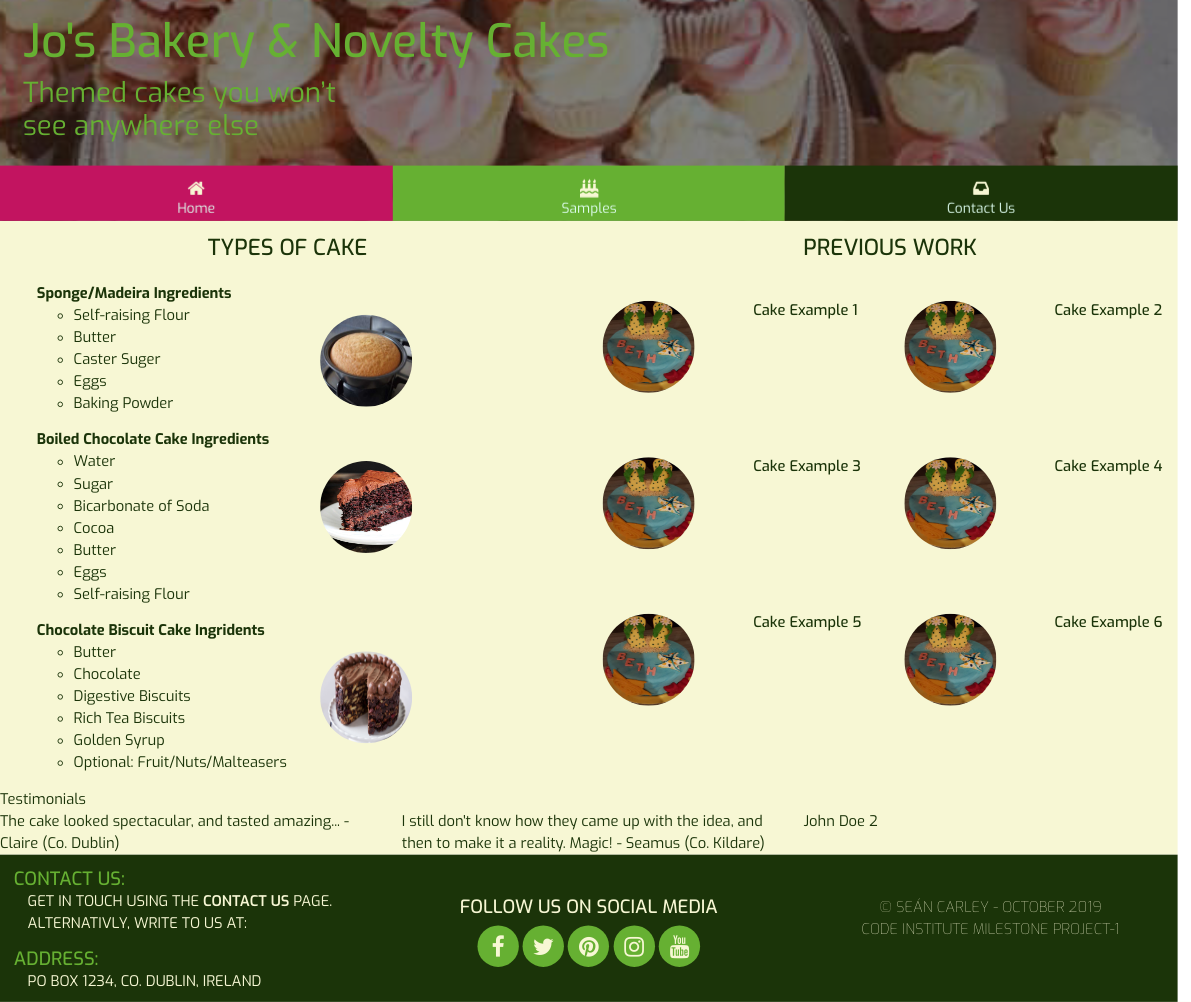
Repository: seanjcarley/Milestone1
Page: showcase.html
The author's editor kept a record of every edit. The page is drawn from the files as they stood at one moment, then again after the next edit.
The browser window is 1280 px wide. The page is 1295 px wide, so the pictures cover 1295 px, including what lies to the right of the window. The pictures show the whole page, at 92% of full size.

Above is the page before.
Console error: TypeError: Cannot read properties of undefined (reading 'fn')

### showcase.html
<!DOCTYPE html>
<html lang="en">

<head>
    <meta charset="UTF-8">
    <meta name="viewport" content="width=device-width, initial-scale=1.0 maximum-scale=1.0">
    <meta http-equiv="X-UA-Compatible" content="ie=edge">
    <link href="https://stackpath.bootstrapcdn.com/bootstrap/4.3.1/css/bootstrap.min.css" rel="stylesheet" integrity="sha384-ggOyR0iXCbMQv3Xipma34MD+dH/1fQ784/j6cY/iJTQUOhcWr7x9JvoRxT2MZw1T" crossorigin="anonymous">
    <script src="https://stackpath.bootstrapcdn.com/bootstrap/4.3.1/js/bootstrap.min.js" integrity="sha384-JjSmVgyd0p3pXB1rRibZUAYoIIy6OrQ6VrjIEaFf/nJGzIxFDsf4x0xIM+B07jRM" crossorigin="anonymous"></script>
    <script src="https://stackpath.bootstrapcdn.com/bootstrap/4.3.1/js/bootstrap.bundle.min.js" integrity="sha384-xrRywqdh3PHs8keKZN+8zzc5TX0GRTLCcmivcbNJWm2rs5C8PRhcEn3czEjhAO9o" crossorigin="anonymous"></script>
    <link href="https://stackpath.bootstrapcdn.com/font-awesome/4.7.0/css/font-awesome.min.css" rel="stylesheet" integrity="sha384-wvfXpqpZZVQGK6TAh5PVlGOfQNHSoD2xbE+QkPxCAFlNEevoEH3Sl0sibVcOQVnN" crossorigin="anonymous">
    <link rel="stylesheet" href="https://cdnjs.cloudflare.com/ajax/libs/hover.css/2.3.1/css/hover-min.css" type="text/css">
    <link rel="stylesheet" href="css/style.css">
    <title>Jo's Bakery and Novelty Cakes</title>
</head>

<body>
    <header class="container-fluid cake-image">
        <div class="opaque-overlay">&nbsp;</div>
        <div class="row no-gutters">
            <div class="col-12 page-header">
                <h1 class="name caps">Jo's Bakery & Novelty Cakes</h1>
                <h2 class="tag-line caps">Themed cakes you won’t<br/>see anywhere else</h2>
            </div>
        </div>
        <div class="row no-gutters">
            <div class="col">
                <ul id="nav" class="list-inline menucontainer">
                    <li class="col col-sm-4 menu-item-color-home list-inline-item menuitem">
                        <a class="hvr-sweep-to-right" href="index.html"><i class="fa fa-home" aria-hidden="true"></i><span>Home</span></a>
                    </li>
                    <li class="col col-sm-4 menu-item-color-samples list-inline-item menuitem">
                        <a class="hvr-sweep-to-right" href="showcase.html"><i class="fa fa-birthday-cake" aria-hidden="true"></i><span>Samples</span></a>
                    </li>
                    <li class="col col-sm-4 menu-item-color-contact list-inline-item menuitem">
                        <a class="hvr-sweep-to-right" href="contact.html"><i class="fa fa-inbox" aria-hidden="true"></i><span>Contact Us</span></a>
                    </li>
                </ul>
            </div>
        </div>
    </header>
    <section class="section-color">
        <div class="row">
            <div class="col-md-6 cake-types">
                <h4 class="types-header">Types of Cake</h4>
                <a href="#sponge" class="list-header mobile" data-toggle="modal">
                    Sponge/Madeira
                    <img src="images/sponge_maderia_cake.jpg" alt="Sponge-Cake" class="rounded-circle mr-3 mobile" height=100 width=100>
                </a>
                <a href="#boiled" class="list-header mobile" data-toggle="modal">
                    Boiled Chocolate Cake
                    <img src="images/boiled_choc_cake.jpg" alt="Boiled-Choc-Cake" class="rounded-circle mr-3 mobile" height=100 width=100>
                </a>
                <a href="#biscuit" class="list-header mobile" data-toggle="modal">
                    Chocolate Biscuit Cake
                    <img src="images/Choc_biscuit_cake.jpg" alt="Choc-Biscuit-Cake" class="rounded-circle mr-3 mobile" height=100 width=100>
                </a>
                <ul class="outer-list">
                    <li>
                        <div class="row list-row">
                            <div class="col-sm-6">
                                <a href="#sponge" class="list-header desktop" data-toggle="modal">Sponge/Madeira Ingredients</a>
                                <!--<button type="button" class="btn btn-primary" data-toggle="modal" data-target="#sponge">Sponge/Madeira Ingredients</button>-->
                                <ul class="desktop">
                                    <li>Self-raising Flour</li>
                                    <li>Butter</li>
                                    <li>Caster Suger</li>
                                    <li>Eggs</li>
                                    <li>Baking Powder</li>
                                </ul>
                            </div>
                            <div class="col-sm-6 type-image">
                                <img src="images/sponge_maderia_cake.jpg" alt="Sponge-Cake" class="rounded-circle mr-3 desktop" height=100 width=100>
                            </div>
                        </div>
                    </li>
                    <li>
                        <div class="row list-row">
                            <div class="col-sm-6">
                                <a href="#boiled" class="list-header desktop" data-toggle="modal">Boiled Chocolate Cake Ingredients</a>
                                <!--<button type="button" class="btn btn-secondary" data-toggle="modal" data-target="#boiled">Boiled Chocolate Cake Ingredients</button>-->
                                <ul class="desktop">
                                    <li>Water</li>
                                    <li>Sugar</li>
                                    <li>Bicarbonate of Soda</li>
                                    <li>Cocoa</li>
                                    <li>Butter</li>
                                    <li>Eggs</li>
                                    <li>Self-raising Flour</li>
                                </ul>
                            </div>
                            <div class="col-sm-6 type-image">
                                <img src="images/boiled_choc_cake.jpg" alt="Boiled-Choc-Cake" class="rounded-circle mr-3 desktop" height=100 width=100>
                            </div>
                        </div>
                    </li>
                    <li>
                        <div class="row list-row">
                            <div class="col-sm-6">
                                <a href="#biscuit" class="list-header desktop" data-toggle="modal">Chocolate Biscuit Cake Ingridents</a>
                                <!--<button type="button" class="btn btn-primary" data-toggle="modal" data-target="#biscuit">Chocolate Biscuit Cake Ingridents</button>-->
                                <ul class="desktop">
                                    <li>Butter</li>
                                    <li>Chocolate</li>
                                    <li>Digestive Biscuits</li>
                                    <li>Rich Tea Biscuits</li>
                                    <li>Golden Syrup</li>
                                    <li>Optional: Fruit/Nuts/Malteasers</li>
                                </ul>
                            </div>
                            <div class="col-sm-6 type-image">
                                <img src="images/Choc_biscuit_cake.jpg" alt="Choc-Biscuit-Cake" class="rounded-circle mr-3 desktop" height=100 width=100>
                            </div>
                        </div>
                    </li>
                </ul>
                </div>
                <div class="col-md-6 cake-images">
                    <div class="row">
                        <div class="col">
                            <!--Images-->
                            <h4 class="types-header">Previous Work</h4>
                        </div>
                    </div>
                    <div class="row cakes-prev">
                        <div class="col-md-3">
                            <img src="images/Kids-Bday-1.jpg" alt="Beach Cake" class="rounded-circle mr-3" height=100 width=100>
                        </div>
                        <div class="col-md-3">
                            <h6>Cake Example 1</h6>
                        </div>
                        <div class="col-md-3">
                            <img src="images/Kids-Bday-1.jpg" alt="Beach Cake" class="rounded-circle mr-3" height=100 width=100>
                        </div>
                        <div class="col-md-3">
                            <h6>Cake Example 2</h6>
                        </div>
                    </div>
                    <div class="row cakes-prev">
                        <div class="col-md-3">
                            <img src="images/Kids-Bday-1.jpg" alt="Beach Cake" class="rounded-circle mr-3" height=100 width=100>
                        </div>
                        <div class="col-md-3">
                            <h6>Cake Example 3</h6>
                        </div>
                        <div class="col-md-3">
                            <img src="images/Kids-Bday-1.jpg" alt="Beach Cake" class="rounded-circle mr-3" height=100 width=100>
                        </div>
                        <div class="col-md-3">
                            <h6>Cake Example 4</h6>
                        </div>
                    </div>
                    <div class="row cakes-prev">
                        <div class="col-md-3">
                            <img src="images/Kids-Bday-1.jpg" alt="Beach Cake" class="rounded-circle mr-3" height=100 width=100>
                        </div>
                        <div class="col-md-3">
                            <h6>Cake Example 5</h6>
                        </div>
                        <div class="col-md-3">
                            <img src="images/Kids-Bday-1.jpg" alt="Beach Cake" class="rounded-circle mr-3" height=100 width=100>
                        </div>
                        <div class="col-md-3">
                            <h6>Cake Example 6</h6>
                        </div>
                    </div>
                </div>
                </div>
                <div class="row">
                    <div class="col">Testimonials</div>
                </div>
                <div class="row">
                    <div class="col-md-4">
                        The cake looked spectacular, and tasted amazing... - Claire (Co. Dublin)
                    </div>
                    <div class="col-md-4">
                        I still don't know how they came up with the idea, and then to make it a reality. Magic! - Seamus (Co. Kildare)
                    </div>
                    <div class="col-md-4">
                        John Doe 2
                    </div>
                </div>
    </section>
    <footer class="footer-color">
        <div class="row">
            <div class="col-md-4">
                <!--<h1>FOOTER1</h1>-->
                <h5 class="footer-h5 uppercase">Contact us: </h5>
                <p class="footer-text uppercase">Get in touch using the <a href="contact.html"><span class="bold">Contact us</span></a> page. Alternativly, write to us at:</p>
                <h5 class="footer-h5 uppercase">Address: </h5>
                <p class="footer-address uppercase">
                    PO Box 1234,
                    <!--<br/>-->
                    Co. Dublin,
                    <!--<br/>-->
                    Ireland
                </p>
            </div>
            <div class="col-md-4 social">
                <!--<h1>FOOTER2</h1>-->
                <h5 class="uppercase">Follow us on Social Media</h5>
                <ul class="list-inline social-icons">
                    <li class="list-inline-item socialitem">
                        <a target="_blank" href="#">
                            <i class="fa fa-facebook" aria-hidden="true"></i>
                            <span class="sr-only">Facebook</span> <!-- This will be read by a screen reader. It does not show on the page -->
                        </a>
                    </li>
                    <li class="list-inline-item socialitem">
                        <a target="_blank" href="#">
                            <i class="fa fa-twitter" aria-hidden="true"></i>
                            <span class="sr-only">Twitter</span> <!-- This will be read by a screen reader. It does not show on the page -->
                        </a>
                    </li>
                    <!--<li class="list-inline-item socialitem">
                        <a target="_blank" href="#">
                            <i class="fa fa-linkedin" aria-hidden="true"></i>
                            <span class="sr-only">LinkedIn</span>
                        </a>
                    </li>-->
                    <li class="list-inline-item socialitem">
                        <a target="_blank" href="#">
                            <i class="fa fa-pinterest" aria-hidden="true"></i>
                            <span class="sr-only">Pinterest</span> <!-- This will be read by a screen reader. It does not show on the page -->
                        </a>
                    </li>
                    <li class="list-inline-item socialitem">
                        <a target="_blank" href="#">
                            <i class="fa fa-instagram" aria-hidden="true"></i>
                            <span class="sr-only">Instagram</span> <!-- This will be read by a screen reader. It does not show on the page -->
                        </a>
                    </li>
                    <li class="list-inline-item socialitem">
                        <a target="_blank" href="#">
                            <i class="fa fa-youtube" aria-hidden="true"></i>
                            <span class="sr-only">YouTube</span> <!-- This will be read by a screen reader. It does not show on the page -->
                        </a>
                    </li>
                </ul>
            </div>
            <div class="col-md-4 copyrite uppercase">
                <!--<h1>FOOTER3</h1>-->
                &copy; Seán Carley - October 2019
                <br/> Code Institute Milestone Project-1
            </div>
        </div>
    </footer>
    <div class="modal" tabindex="-1" role="dialog" id="sponge">
        <div class="modal-dialog" role="document">
            <div class="modal-content">
                <div class="modal-header">
                    <h5 class="modal-title">Sponge/Madeira</h5>
                    <button type="button" class="close" data-dismiss="modal" aria-label="Close">
                        <span aria-hidden="true">&times;</span>
                    </button>
                </div>
                <div class="modal-body">
                    <ul class="mobile-modal">
                        <li>Self-raising Flour</li>
                        <li>Butter</li>
                        <li>Caster Suger</li>
                        <li>Eggs</li>
                        <li>Baking Powder</li>
                    </ul>
                    <ol>
                        <li>Preheat the oven to 180 degrees C / gas mark 4.</li>
                        <li>Measure all the ingredients into a large bowl.</li>
                        <li>Mix all of the ingredients using a electric whisk.</li>
                        <li>Pour the mixture into 2 non-stick 7 inch (18cm) tins.</li>
                        <li>Place them in the oven till golden brown 15-25 minutes.</li>
                        <li>Cool on a wire rack before serving.</li>
                    </ol>
                </div>
            </div>
        </div>
    </div>
    <div class="modal" tabindex="-1" role="dialog" id="boiled">
        <div class="modal-dialog" role="document">
            <div class="modal-content">
                <div class="modal-header">
                    <h5 class="modal-title">Boiled Chocolate Cake</h5>
                    <button type="button" class="close" data-dismiss="modal" aria-label="Close">
                        <span aria-hidden="true">&times;</span>
                    </button>
                </div>
                <div class="modal-body">
                    <ul class="mobile-modal">
                        <li>Water</li>
                        <li>Sugar</li>
                        <li>Bicarbonate of Soda</li>
                        <li>Cocoa</li>
                        <li>Butter</li>
                        <li>Eggs</li>
                        <li>Self-raising Flour</li>
                    </ul>
                    <ol>
                        <li>Place first five ingredients into a large saucepan.</li>
                        <li>Bring to the boil and simmer for 3 minutes.</li>
                        <li>Allow to cool slightly.</li>
                        <li>Add eggs and flour, and stir well.</li>
                        <li>Pour into a greased 20 cm cake pan.</li>
                        <li>Bake at 180C for 50 minutes.</li>
                        <li>Ice when cool if desired.</li>
                    </ol>
                </div>
            </div>
        </div>
    </div>
    <div class="modal bd-example-modal-sm" tabindex="-1" role="dialog" id="biscuit">
        <div class="modal-dialog" role="document">
            <div class="modal-content">
                <div class="modal-header">
                    <h5 class="modal-title">Chocolate Biscuit Cake</h5>
                    <button type="button" class="close" data-dismiss="modal" aria-label="Close">
                        <span aria-hidden="true">&times;</span>
                    </button>
                </div>
                <div class="modal-body">
                    <ul class="mobile-modal">
                        <li>Butter</li>
                        <li>Chocolate</li>
                        <li>Digestive Biscuits</li>
                        <li>Rich Tea Biscuits</li>
                        <li>Golden Syrup</li>
                        <li>Optional: Fruit/Nuts/Malteasers</li>
                    </ul>
                    <ol>
                        <li>Line a 15cms/6" round cake tin or a 2lb loaf tin with a double layer of greaseproof paper.</li>
                        <li>Melt the butter, syrup and chocolate in a pan over a low heat. Stir to make sure all the ingredients are well mixed together.</li>
                        <li>Add the biscuits, maltesers and fruit and nuts, if used. Stir well.</li>
                        <li>Transfer to prepared tin. Level it on top and press down well to avoid air gaps. Allow to get cold and hard. Wrap completely in greaseproof paper and store in a fridge.</li>
                    </ol>
                </div>
            </div>
        </div>
    </div>
    <script src="https://code.jquery.com/jquery-3.3.1.slim.min.js" integrity="sha384-q8i/X+965DzO0rT7abK41JStQIAqVgRVzpbzo5smXKp4YfRvH+8abtTE1Pi6jizo" crossorigin="anonymous"></script>
    <script src="https://cdnjs.cloudflare.com/ajax/libs/popper.js/1.14.7/umd/popper.min.js" integrity="sha384-UO2eT0CpHqdSJQ6hJty5KVphtPhzWj9WO1clHTMGa3JDZwrnQq4sF86dIHNDz0W1" crossorigin="anonymous"></script>
    <script src="https://stackpath.bootstrapcdn.com/bootstrap/4.3.1/js/bootstrap.min.js" integrity="sha384-JjSmVgyd0p3pXB1rRibZUAYoIIy6OrQ6VrjIEaFf/nJGzIxFDsf4x0xIM+B07jRM" crossorigin="anonymous"></script>
</body>

</html>

Loaded but not shown: css/style.css (462 lines, source omitted)

After the next edit:
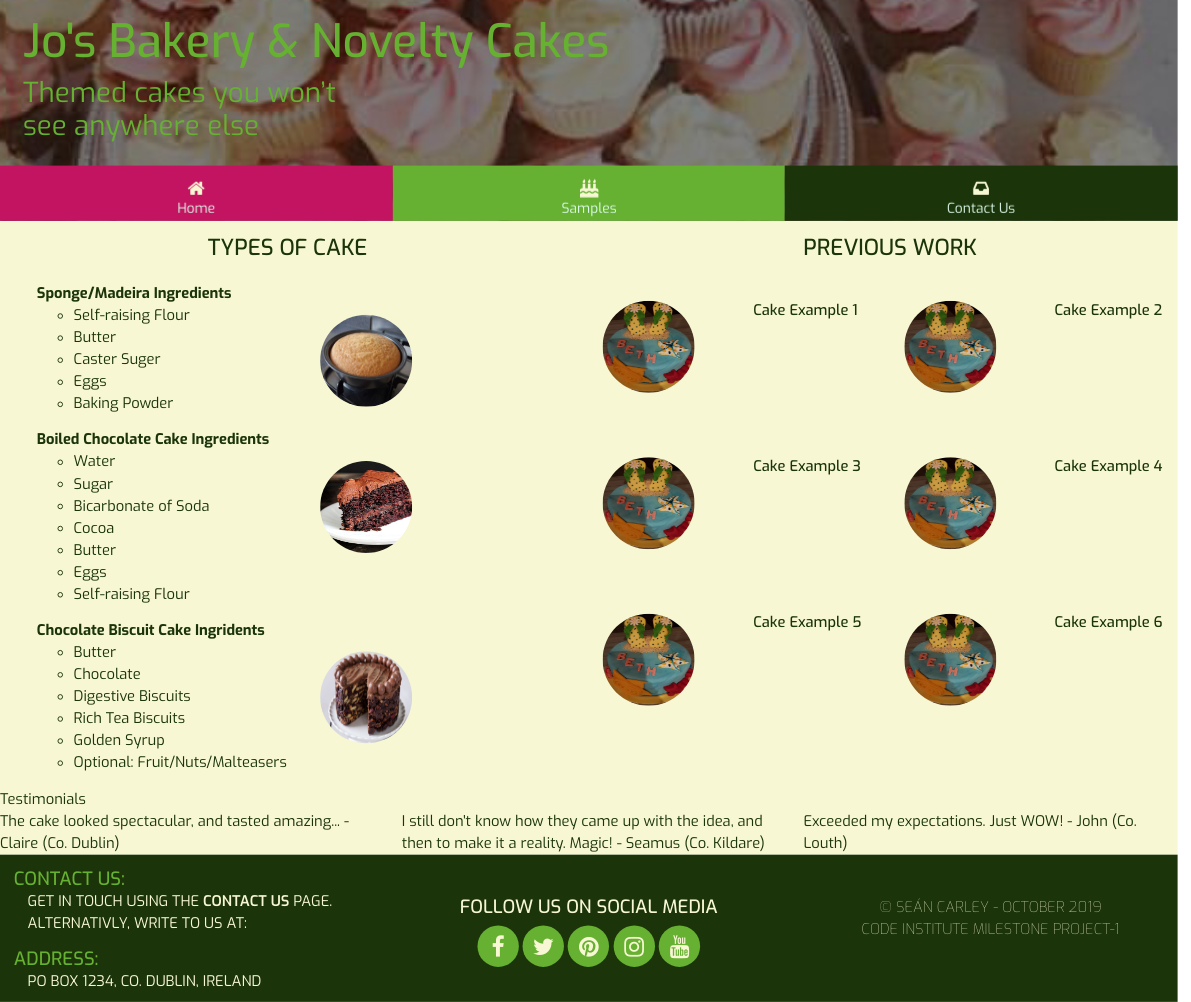
The edit:
--- a/showcase.html
+++ b/showcase.html
@@ -177,7 +177,7 @@
                         I still don't know how they came up with the idea, and then to make it a reality. Magic! - Seamus (Co. Kildare)
                     </div>
                     <div class="col-md-4">
-                        John Doe 2
+                        Exceeded my expectations. Just WOW! - John (Co. Louth)
                     </div>
                 </div>
     </section>
